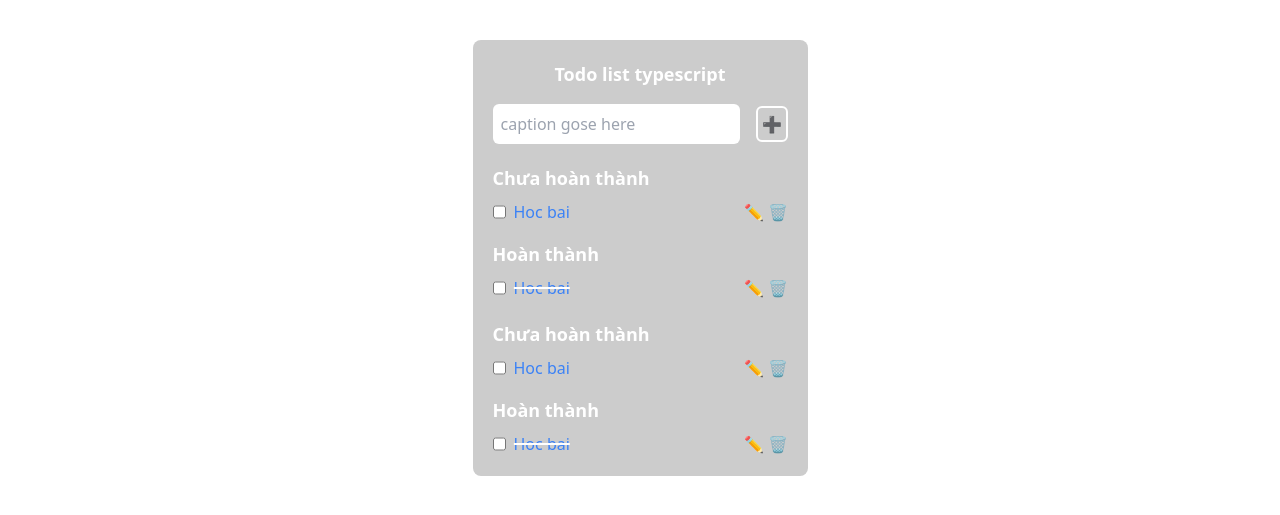
Repository: VIET-TU/react-super-main
Page: / (app in todolist-mybuild/)
These files come from the project's save history. The page is drawn as it stood at one moment and after the next save; the edit follows.
The browser window is 1280 px wide. The pictures show the whole page.
The project was rebuilt for these pictures with package versions that can differ from the ones it lists, and the page was loaded fresh each time. Also part of the build but not shown: todolist-mybuild/vite.config.ts.

Above is the page before, as saved 2023-05-16 07:16:46.

### todolist-mybuild/src/App.tsx
import TodoList from './components/TodoLists'

function App() {
  return (
    <>
      <TodoList></TodoList>
    </>
  )
}

export default App

### todolist-mybuild/src/index.css
@tailwind base;
@tailwind components;
@tailwind utilities;

css *,
*:before,
*:after {
  box-sizing: border-box;
}
* {
  margin: 0;
  padding: 0;
}

input,
select,
textarea {
  outline: none;
}
button {
  outline: none;
}

### todolist-mybuild/src/components/TodoLists/index.ts
import TodoList from './TodoList'

export default TodoList

### todolist-mybuild/src/components/TodoLists/TodoList.tsx
import { Todo } from '../../@types/todos.types'
import TaskInput from '../TaskInput'
import TaskList from '../TaskList'
import { useEffect, useState } from 'react'

const TodoList = () => {
  const [todos, setTodos] = useState<Todo[]>([])
  const [currentTodo, setCurrentTodo] = useState<Todo | null>(null)
  const doneTodos = todos.filter((todo) => todo.done)
  const notdoneTodos = todos.filter((todo) => !todo.done)

  useEffect(() => {
    const todosString = localStorage.getItem('todos')
    const todosObj: Todo[] = JSON.parse(todosString || '[]')
    setTodos(todosObj)
  }, [])

  const addTodo = (name: string): void => {
    const todo: Todo = {
      name,
      done: false,
      id: new Date().toISOString()
    }
    setTodos((pre) => [...pre, todo])
    const todosString = localStorage.getItem('todos')
    const todosObj: Todo[] = JSON.parse(todosString || '[]')
    const newTodoObj = [...todosObj, todo]
    localStorage.setItem('todos', JSON.stringify(newTodoObj))
  }

  const handleDoneTodo = (id: string, done: boolean) => {
    setTodos((prev) => {
      return prev.map((todo) => {
        if (todo.id === id) {
          return { ...todo, done }
        }
        return todo
      })
    })
  }

  const startEditTodo = (id: string) => {
    const findedTodo = todos.find((todo) => todo.id === id)
    if (findedTodo) {
      setCurrentTodo(findedTodo)
    }
  }

  const editTodo = (name: string) => {
    setCurrentTodo((prev) => {
      if (prev) {
        return { ...prev, name }
      }
      return prev
    })
  }

  const finishEditTodo = () => {
    setTodos((prev) => {
      return prev.map((todo) => {
        if (todo.id === (currentTodo as Todo).id) {
          return currentTodo as Todo
        }
        return todo
      })
    })
    setCurrentTodo(null)
  }

  const deleteTodo = (id: string) => {
    if (currentTodo) {
      setCurrentTodo(null)
    }

    setTodos((prev) => {
      const findedIndexTodo = prev.findIndex((todo) => todo.id === id)
      if (findedIndexTodo > -1) {
        const result = [...prev]
        result.splice(findedIndexTodo, 1) // delete 1 elem in array
        return result
      }
      return prev
    })
  }

  return (
    <div className='p-[20px] rounded-lg bg-[#ccc] max-w-max mx-auto my-10'>
      <TaskInput
        editTodo={editTodo}
        addTodo={addTodo}
        currentTodo={currentTodo}
        finishEditTodo={finishEditTodo}
      ></TaskInput>
      <TaskList
        handleDoneTodo={handleDoneTodo}
        todos={notdoneTodos}
        doneTaskList={false}
        startEditTodo={startEditTodo}
        deleteTodo={deleteTodo}
      />
      <TaskList
        handleDoneTodo={handleDoneTodo}
        todos={doneTodos}
        doneTaskList={true}
        startEditTodo={startEditTodo}
        deleteTodo={deleteTodo}
      />
    </div>
  )
}

export default TodoList

### todolist-mybuild/src/components/TaskInput/index.ts
import TaskInput from './TaskInput'

export default TaskInput

### todolist-mybuild/src/components/TaskInput/TaskInput.tsx
import React from 'react'

const TaskInput = () => {
  return (
    <div className='mb-2'>
      <h1 className='mb-4 text-lg font-bold text-white text-[20px] text-center'>Todo list typescript</h1>
      <form placeholder='enter your text'>
        <input className='p-2 mr-4 rounded-md outline-0' type='text' placeholder='caption gose here' />
        <button type='submit' className='p-1 border-2 border-white rounded-md'>
          ➕
        </button>
      </form>
    </div>
  )
}

export default TaskInput

### todolist-mybuild/src/components/TaskList/TaskList.tsx
const TaskList = () => {
  return (
    <div className='mt-5 text-blue-500'>
      <div className='mb-4 unfinish'>
        <h2 className='mb-2 text-lg font-bold text-white text-[20px]'>Chưa hoàn thành</h2>
        <div className='tasks '>
          <div className='flex justify-between task'>
            <div className='flex gap-2'>
              <input type='checkbox' name='' id=' ' />
              <span>Hoc bai</span>
            </div>
            <div className='flex gap-1'>
              <button>✏️</button>
              <button>🗑️</button>
            </div>
          </div>
        </div>
      </div>
      <div className='finish'>
        <h2 className='mb-2 text-lg font-bold text-white text-[20px]'>Hoàn thành</h2>
        <div className='tasks '>
          <div className='flex justify-between task'>
            <div className='flex gap-2'>
              <input type='checkbox' name='' id=' ' />
              <div className='relative'>
                <span>Hoc bai</span>
                <div className='absolute w-full h-[2px] bg-white top-1/2 left-1/2 transform -translate-x-1/2 -translate-y-1/2'></div>
              </div>
            </div>
            <div className='flex gap-1'>
              <button>✏️</button>
              <button>🗑️</button>
            </div>
          </div>
        </div>
      </div>
    </div>
  )
}

export default TaskList

Loaded but not shown: todolist-mybuild/index.html (common file); todolist-mybuild/src/main.tsx (common file); todolist-mybuild/src/components/TaskList/index.ts (common file); todolist-mybuild/tailwind.config.js (common file)

After the next save:
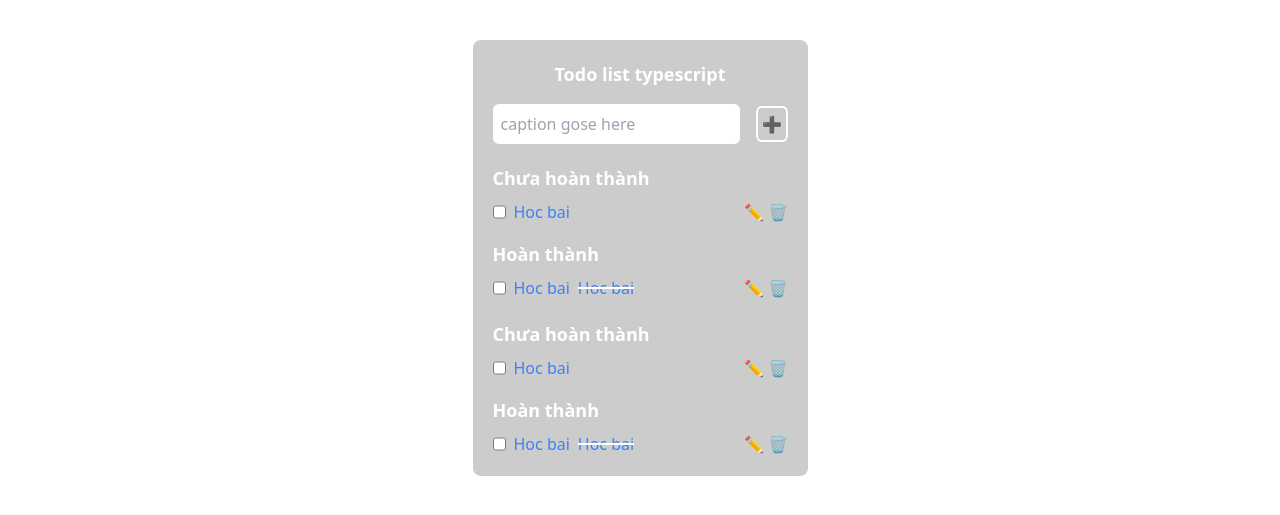
Saved 3 min 49 s later.
--- a/todolist-mybuild/src/components/TaskList/TaskList.tsx
+++ b/todolist-mybuild/src/components/TaskList/TaskList.tsx
@@ -1,4 +1,4 @@
-const TaskList = () => {
+const TaskList = (props) => {
   return (
     <div className='mt-5 text-blue-500'>
       <div className='mb-4 unfinish'>
@@ -22,6 +22,7 @@ const TaskList = () => {
           <div className='flex justify-between task'>
             <div className='flex gap-2'>
               <input type='checkbox' name='' id=' ' />
+              <span>Hoc bai</span>
               <div className='relative'>
                 <span>Hoc bai</span>
                 <div className='absolute w-full h-[2px] bg-white top-1/2 left-1/2 transform -translate-x-1/2 -translate-y-1/2'></div>
